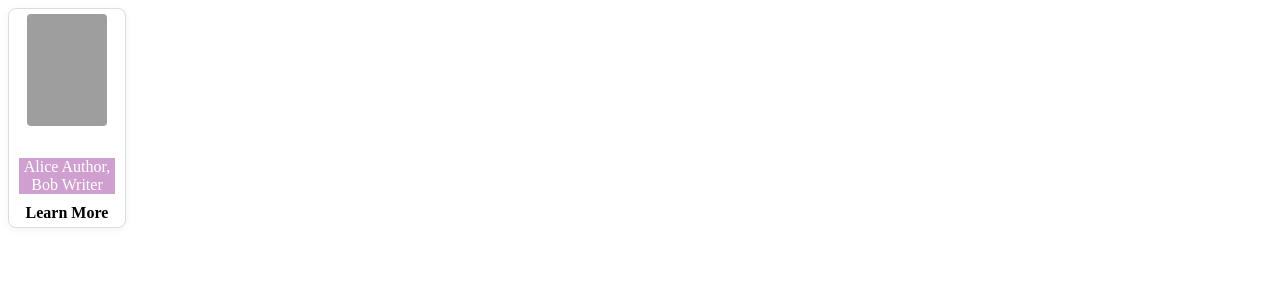
Repository: Micaelavalmores/BookCatalog
Page: /
An editor plug-in stored every save of this project. The page is shown before and after a run of saves, followed by the edit.
The browser window is 1280 px wide. The pictures show the whole page.
Pictures or frames that could not be fetched are drawn as grey boxes. The project was rebuilt for these pictures with package versions that can differ from the ones it lists, and the page was loaded fresh each time. Also part of the build but not shown: vite.config.js, src/index.css.

Above is the page before, as saved 2025-09-16 22:50:36.

### index.html
<!doctype html>
<html lang="en">
  <head>
    <meta charset="UTF-8" />
    <meta name="viewport" content="width=device-width, initial-scale=1.0" />
    <title>Book Catalog</title>
  </head>
  <body>
    <div id="root"></div>
    <script type="module" src="/src/main.jsx"></script>
  </body>
</html>

### src/main.jsx
import React from 'react';
import { createRoot } from 'react-dom/client';
import './index.css';
import Book from './assets/book.jsx';

const root = createRoot(document.getElementById("root"));

root.render(
  <React.StrictMode>
    <Book
      image="https://img.freepik.com/free-vector/stack-colorful-books_1308-171744.jpg?semt=ais_incoming&w=740&q=80"
      authors="Alice Author, Bob Writer"
      link="https://example.com/book-info"
    />
  </React.StrictMode>
);

### src/assets/book.jsx

import React from "react";
import "./book.css";

const book = ({ image, title, authors, link }) => (
  <div className="book-container">
    <img className="book-image" src={image} alt={title} />
    <div className="book-info">
      <h2 className="book-title">{title}</h2>
      <p className="book-authors">{authors}</p>
      <a className="book-link" href={link} target="_blank" rel="noopener noreferrer">
        Learn More
      </a>
    </div>
  </div>
);

export default book;

### src/assets/book.css
.book-container {
    max-width: 6em;
    border: 1px solid #ddd;
    border-radius: 8px;
    padding: 5px 10px;
    display: flex;
    flex-direction: column;
    align-items: center;
    background: #fff;
    box-shadow: 0 2px 8px rgba(0,0,0,0.05);
  }

  .book-image {
    width: 5em;
    height: 7em;
    object-fit: cover;
    margin-bottom: 12px;
    border-radius: 4px;
  }

  .book-info {
    width: 100%;
    text-align: center;
  }


  .book-authors {
    color: #ffffff;
    margin-bottom: 10px;
    background: rgb(207, 160, 207);
  }

  .book-link {
    display: inline-block;
    color: #000000;
    text-decoration: none;
    font-weight: bold;
    transition: color 0.2s;
  }

  .book-link:hover {
    color: #0056b3;
  }

After the next 2 saves:
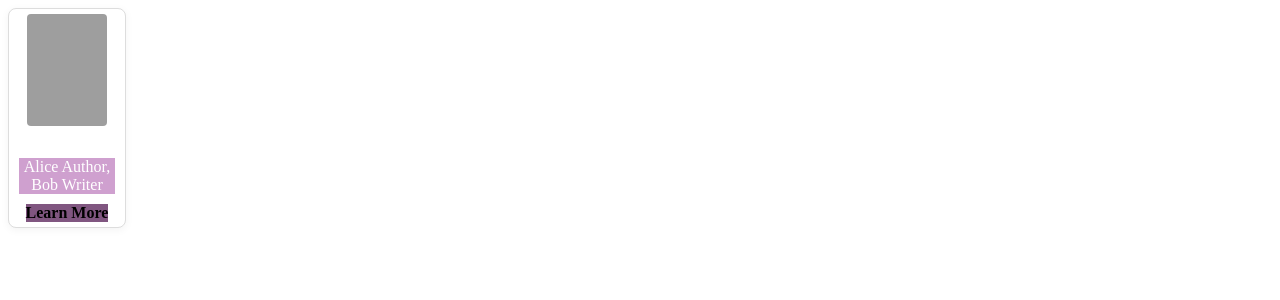
The 2 saves are shown as one change because they came seconds apart.
The last was saved 10 s later.
--- a/src/assets/book.css
+++ b/src/assets/book.css
@@ -36,6 +36,7 @@
     text-decoration: none;
     font-weight: bold;
     transition: color 0.2s;
+    background: rgb(128, 86, 128);
   }
 
   .book-link:hover {
